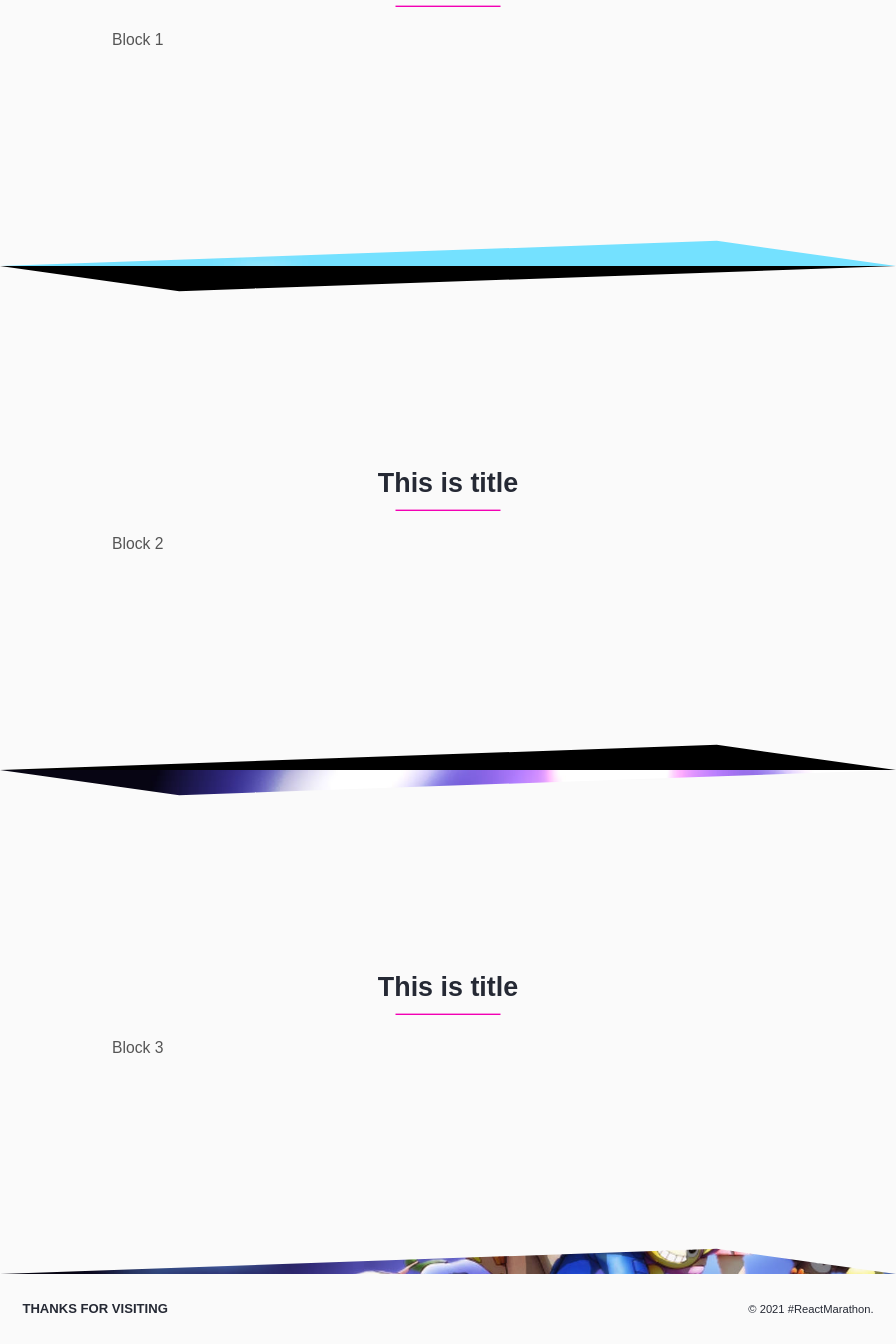
Repository: PolaArtInt/game
Page: /
These files come from the project's save history. The page is drawn as it stood at one moment and after a run of saves; the edit follows.
The browser window is 1280 px wide. The pictures show the part of the page from y = 1060 to 2980 px (the page is 2980 px tall), at 70% of full size.
Some web fonts or font styles are not loaded; a fallback is used. The project was rebuilt for these pictures with package versions that can differ from the ones it lists, and the page was loaded fresh each time.

Above is the page before, as saved 2021-09-09 18:42:15.

### src/App.js
import Header from "./components/HeaderBlock/Header.js";
import Footer from "./components/FooterBlock/Footer.js";
import Layout from "./components/LayoutsBlock/Layout.js";

import background from './img/bg3.jpg';
import background1 from './img/bg2.jpg';

function App() {
  return (
    <>
			<Header
				title="This is title"
				descr="This is description!"
			/>
			<Layout
				title="This is title"
				descr="Block 1"
				urlBg={ background }
			/>
			<Layout
				title="This is title"
				descr="Block 2"
				colorBg="#000"
			/>
			<Layout
				title="This is title"
				descr="Block 3"
				urlBg={ background1 }
			/>
			<Footer />
		</>
  );
}

export default App;

### src/components/HeaderBlock/Header.js
import style from './header.module.css';

const Header = ({ title, descr }) => {
	return (
		<div>
			<header className={style.root}>
				<div className={style.forest}></div>
				<div className={style.container}>
					<h1>{title}</h1>
					<p>{descr}</p>
				</div>
			</header>
		</div>
	)
}

export default Header;

### src/components/FooterBlock/Footer.js
import style from './footer.module.css';

const Footer = () => {
	return (
		<div>
			<footer>
				<div className={style.wrapper}>
					<h3>THANKS FOR VISITING</h3>
					<p>© 2021 #ReactMarathon.</p>
				</div>
			</footer>
		</div>
	)
}

export default Footer;

### src/components/LayoutsBlock/Layout.js
import style from './layout.module.css';

const Layout = ({ title, descr, urlBg, colorBg = 'black' }) => {
	const styleRoot = urlBg ? { backgroundImage: `url(${urlBg})` } : { backgroundColor: `${colorBg}`};
	return (
		<div style={styleRoot}>
			<section className={style.root}>
				<div className={style.wrapper}>
					<article>
						<div className={style.title}>
							<h3>{title}</h3>
							<span className={style.separator}></span>
						</div>
						<div className={style.desc.full}>
							<p>{descr}</p>
						</div>
					</article>
				</div>
			</section>
		</div>
	)
}

export default Layout;

### src/components/HeaderBlock/header.module.css
.root {
	background: #202736;
	background-attachment: fixed;
	background-size: cover;
	position: relative;
	min-height: 100vh;
	margin: 0 auto;
	z-index: 1;
}

.root::before {
	content: '';
	position: fixed;
	background: url('../../svg/Stars.svg');
	background-attachment: fixed;
	width: 100%;
	min-height: 100vh;
	z-index: -1;
	animation: stars-move-in 1000ms 300ms forwards;
	opacity: 0;
}

@keyframes stars-move-in {
	from {
			background-position-y: -100px;
	}
	to {
			opacity: 1;
			background-position-y: 0;
	}
}

.forest {
	position: absolute;
	bottom: -300px;
	left: 0;
	background: url('../../svg/Trees.svg');
	bottom: left repeat-x;
	background-size: cover;
	width: 100%;
	height: 80%;
	opacity: 0;
	animation: forest-move-in 1000ms 500ms forwards;
	border-bottom: 300px solid #181d23;
}

@keyframes forest-move-in {
	from {
			background-position-y: 150%;
	}
	to {
			opacity: 1;
			background-position-y: 100%;
	}
}

.container {
	width: fit-content;
	position: absolute;
	right: 0;
	top: 50%;
	left: 50%;
	opacity: 0;
	transform: translate(-50%, -50%);
	animation: text-fade-in 1000ms 800ms forwards;
}

@keyframes text-fade-in {
	from {
			right: 0;
	}
	to {
			opacity: 1;
			right: 25%;
	}
}

.container h1 {
	font-size: 65px;
	font-weight: normal;
	font-style: italic;
	color: #fafafa;
	line-height: 65px;
}

.container p {
	font-size: 28px;
	font-weight: normal;
	color: #fafafa;
	line-height: 32px;
}

### src/components/FooterBlock/footer.module.css
footer {
	font-size: 1rem;
	display: flex;
	justify-content: center;
	position: relative;
	bottom: 0;
	left: 0;
	width: 100%;
	height: 100px;
	background: #fafafa;
	z-index: 0;
}

footer .wrapper {
	display: flex;
	width: 100%;
	padding: 2rem;
	max-width: 1400px;
	align-items: center;
	justify-content: space-between;
}

@media only screen and (max-width: 649px) {
	footer .wrapper {
			flex-direction: column;
	}

	footer .wrapper h3 {
			padding-bottom: .8rem;
	}
}

### src/components/LayoutsBlock/layout.module.css
.root {
	height: 100%;
	min-height: 100vh;
	font-size: 1.4rem;
	position: relative;
	background: #fafafa;
	clip-path: polygon(0 0, 20% 5%, 100%0,  100% 100%, 80% 95%, 0 100%);
	z-index: 5;
	background-attachment: fixed;
}

.root .wrapper {
	padding: 15rem 10rem 12rem;
	height: 100%;
	min-height: 100vh;
	max-width: 1400px;
	margin: 0 auto;
}

.root article {
	display: grid;
	grid-template-columns: repeat(4, 1fr);
	grid-gap: 1rem;
	padding: 3rem 0;
}

.root .title {
	grid-column-end: span 4;
	display: flex;
	flex-direction: column;
	align-items: center;
}

.root .title h3 {
	font-size: 2.4rem;
}

.root .separator {
	background: #f300b4;
	width: 150px;
	height: 2px;
	margin: 1rem 0;
	padding: 0;
}

.root .subtitle {
	font-size: 1.6rem;
	text-align: center;
	color: inherit;
	padding-bottom: 1.5rem;
}

.root p {
	padding-bottom: 1.5rem;
	color: #555;
	line-height: 1.9rem;
}

.root .desc.full {
	grid-column-end: span 4;
	margin-bottom: 2rem;
}

.root .desc {
	grid-column-end: span 2;
	background: #ffffffaa;
	padding: 2rem;
	text-align: justify;
}

@media only screen and (max-width: 1149px) {
	.root article {
			grid-template-columns: 1fr;
			grid-gap: 0;
	}
	.root .desc.full {
			grid-column-end: -1;
	}

	.root .desc {
			grid-column-end: -1;
	}
}
@media only screen and (max-width: 949px) {
	.root {
			clip-path: polygon(0 0, 20% 2%, 100% 0, 100% 100%, 80% 98%, 0 100%);
			background-position: top left;
			background-size: cover;
	}
}
@media only screen and (max-width: 649px) {
	.root .wrapper {
			padding: 10rem 2rem 8rem;
	}
}

Loaded but not shown: public/index.html (common file); src/index.js (common file); src/index.css (common file)

After the next 2 saves:
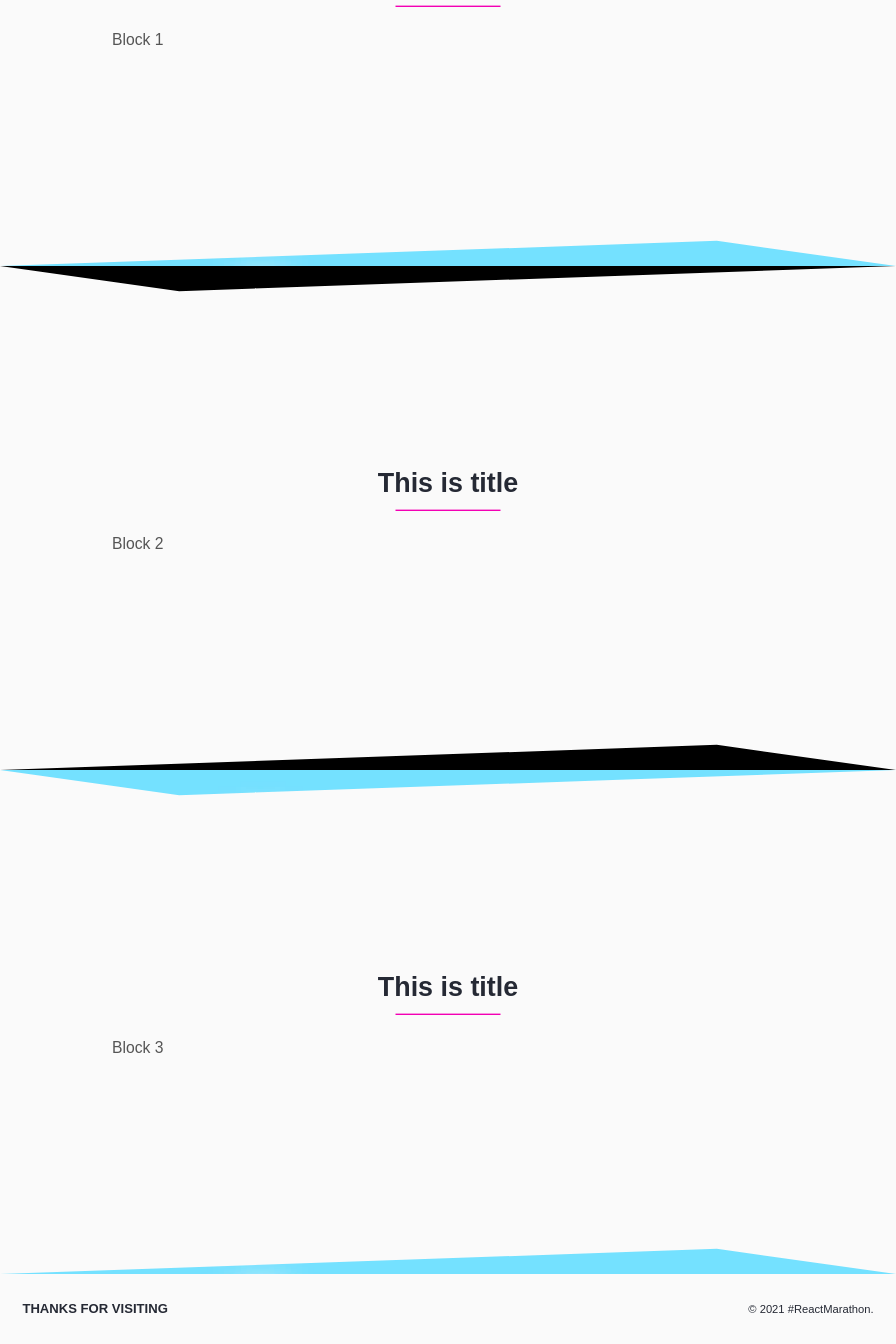
The 2 saves are shown as one change because they came seconds apart.
The last was saved 20 s later.
--- a/src/App.js
+++ b/src/App.js
@@ -3,7 +3,6 @@ import Footer from "./components/FooterBlock/Footer.js";
 import Layout from "./components/LayoutsBlock/Layout.js";
 
 import background from './img/bg3.jpg';
-import background1 from './img/bg2.jpg';
 
 function App() {
   return (
@@ -25,7 +24,7 @@ function App() {
 			<Layout
 				title="This is title"
 				descr="Block 3"
-				urlBg={ background1 }
+				urlBg={ background }
 			/>
 			<Footer />
 		</>
